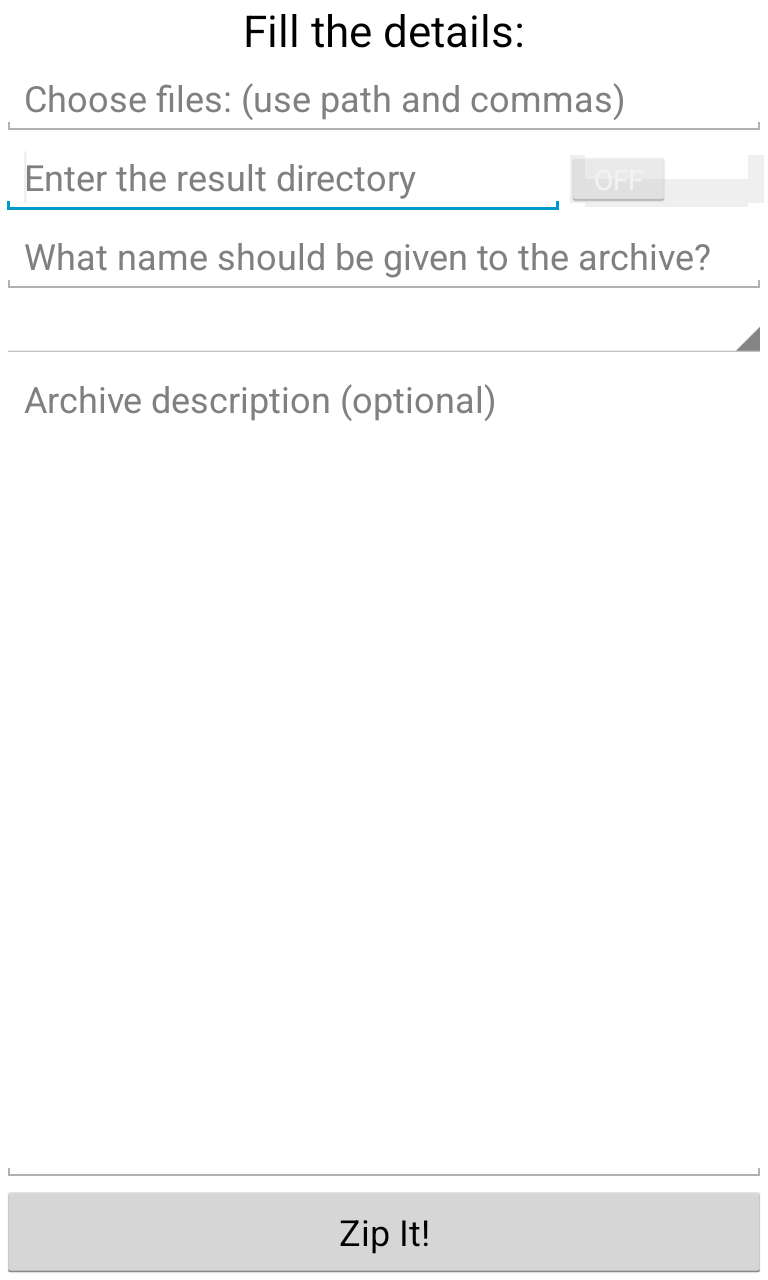
Repository: ya-ivanov/Android-Projects
Layout: Android Projects (OLD)/Zip It!/ZipIt/res/layout/activity_main.xml
These files come from the project's save history. The layout is drawn as it stood at one moment and after the next save; the edit follows.
It is drawn on a 768 x 1280 px phone screen (xhdpi) without system bars, with theme AppTheme; the app's code is not run.

Above is the layout before, as saved 2013-12-11 20:46:15.

### Android Projects (OLD)/Zip It!/ZipIt/res/layout/activity_main.xml
<LinearLayout xmlns:android="http://schemas.android.com/apk/res/android"
    android:layout_width="fill_parent"
    android:layout_height="fill_parent"
    android:orientation="vertical" >

    <TextView
        android:id="@+id/textView1"
        android:layout_width="match_parent"
        android:layout_height="wrap_content"
        android:gravity="center_horizontal"
        android:text="Fill the details:"
        android:textAppearance="?android:attr/textAppearanceLarge" />

    <EditText
        android:id="@+id/files"
        android:layout_width="match_parent"
        android:layout_height="wrap_content"
        android:ems="10"
        android:hint="Choose files: (use path and commas)"
        android:singleLine="true">
    </EditText>

    <LinearLayout
        android:layout_width="match_parent"
        android:layout_height="wrap_content" >

        <EditText
            android:id="@+id/endDir"
            android:layout_width="match_parent"
            android:layout_height="wrap_content"
            android:layout_weight="1"
            android:ems="10"
            android:hint="Enter the result directory"
            android:singleLine="true" >

            <requestFocus />
        </EditText>

        <Switch
            android:id="@+id/switch1"
            android:layout_width="wrap_content"
            android:layout_height="wrap_content"
            android:text="" />

    </LinearLayout>

    <EditText
        android:id="@+id/archiveName"
        android:layout_width="match_parent"
        android:layout_height="wrap_content"
        android:ems="10"
        android:hint="What name should be given to the archive?"
         android:singleLine="true">
    </EditText>

    <Spinner
        android:id="@+id/spinner"
        android:layout_width="fill_parent"
        android:layout_height="wrap_content" />

    <EditText
        android:id="@+id/editText1"
        android:layout_width="match_parent"
        android:layout_height="wrap_content"
        android:layout_weight="1"
        android:ems="10"
        android:hint="Archive description (optional)"
        android:gravity="top" >

    </EditText>

    <Button
        android:id="@+id/button1"
        android:layout_width="match_parent"
        android:layout_height="wrap_content"
        android:text="Zip It!" />

</LinearLayout>

Loaded but not shown: Android Projects (OLD)/Zip It!/ZipIt/res/values/styles.xml (common file); Android Projects (OLD)/Zip It!/ZipIt/res/values-v11/styles.xml (common file); Android Projects (OLD)/Zip It!/ZipIt/res/values-v14/styles.xml (common file)

After the next save:
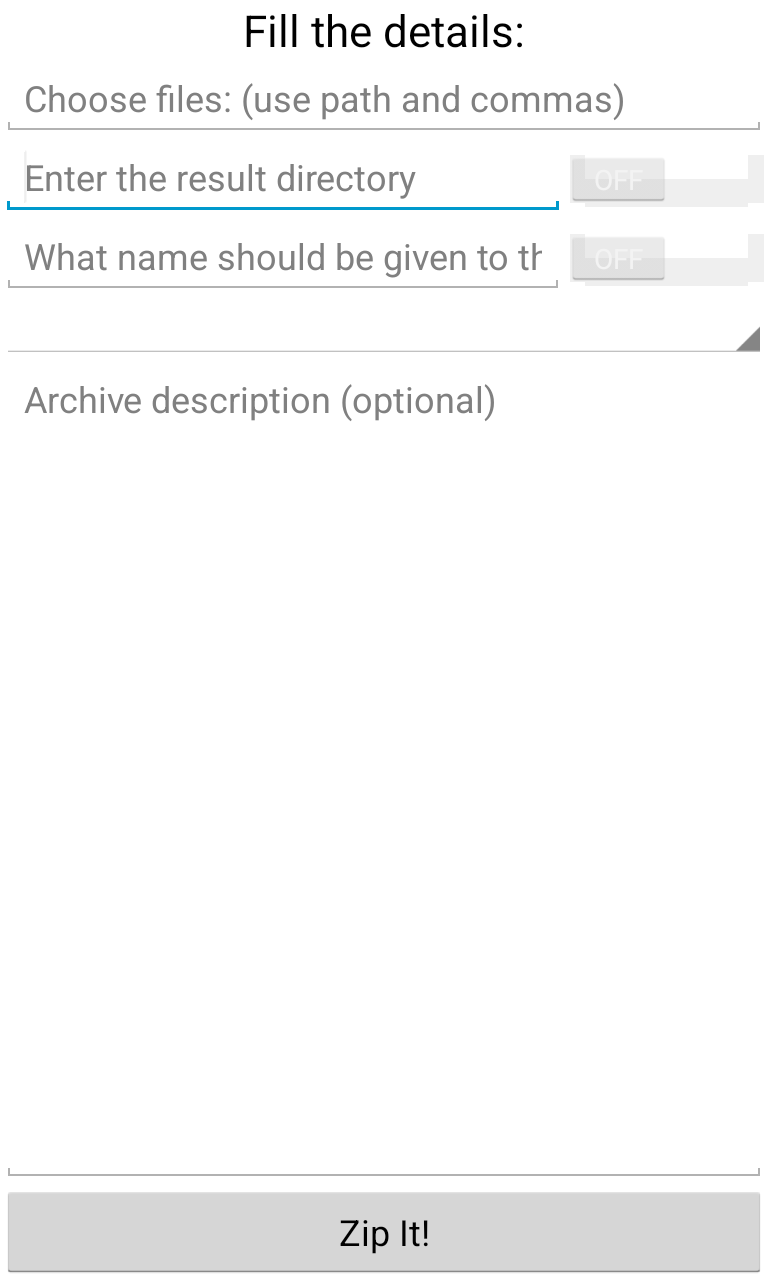
Saved 90 s later.
--- a/Android Projects (OLD)/Zip It!/ZipIt/res/layout/activity_main.xml
+++ b/Android Projects (OLD)/Zip It!/ZipIt/res/layout/activity_main.xml
@@ -44,14 +44,25 @@
 
     </LinearLayout>
 
-    <EditText
-        android:id="@+id/archiveName"
+    <LinearLayout
         android:layout_width="match_parent"
-        android:layout_height="wrap_content"
-        android:ems="10"
-        android:hint="What name should be given to the archive?"
-         android:singleLine="true">
-    </EditText>
+        android:layout_height="wrap_content" >
+
+        <EditText
+            android:id="@+id/archiveName"
+            android:layout_width="match_parent"
+            android:layout_height="wrap_content"
+            android:layout_weight="1"
+            android:ems="10"
+            android:hint="What name should be given to the archive?"
+            android:singleLine="true" />
+
+        <Switch
+            android:id="@+id/Switch01"
+            android:layout_width="wrap_content"
+            android:layout_height="wrap_content" />
+
+    </LinearLayout>
 
     <Spinner
         android:id="@+id/spinner"
